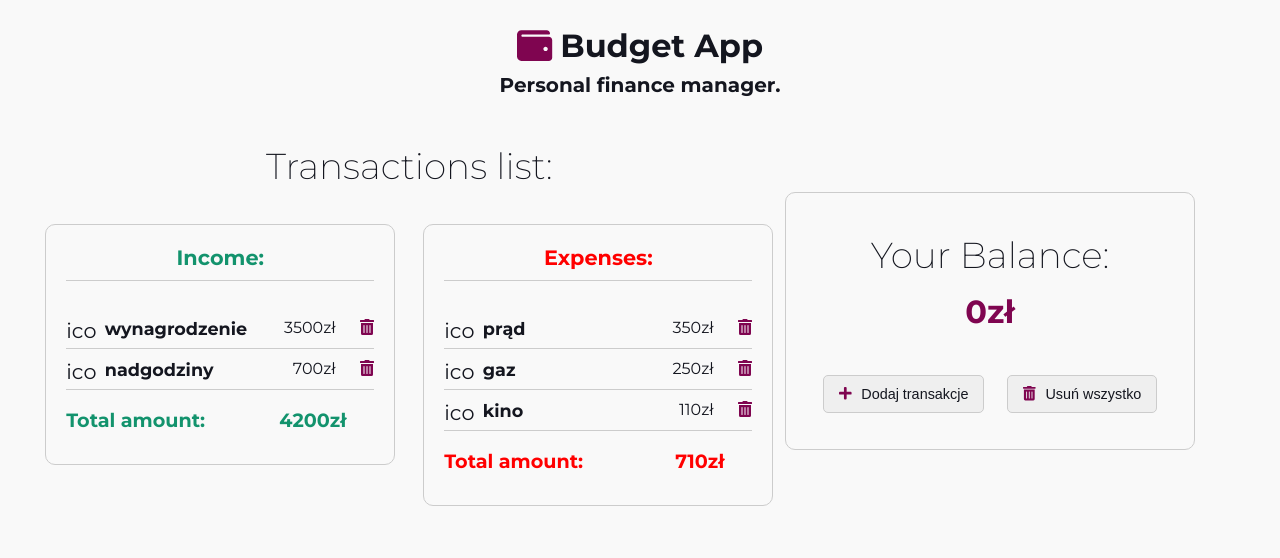
Repository: KrzysKolo/sr_tydzien4_zad4
Page: /
An editor plug-in stored every save of this project. The page is shown before and after the next save, followed by the edit.
The browser window is 1280 px wide. The pictures show the whole page.
Some web libraries are served in a nearby version. The project was rebuilt for these pictures with package versions that can differ from the ones it lists, and the page was loaded fresh each time. Also part of the build but not shown: src/components/budgetComponents/formComponents/Header.js, src/components/budgetComponents/formComponents/ErrorMessage.js, src/components/budgetComponents/formComponents/Input.js, src/components/budgetComponents/formComponents/Select.js.

Above is the page before, as saved 2020-12-09 01:40:53.

After the next save:
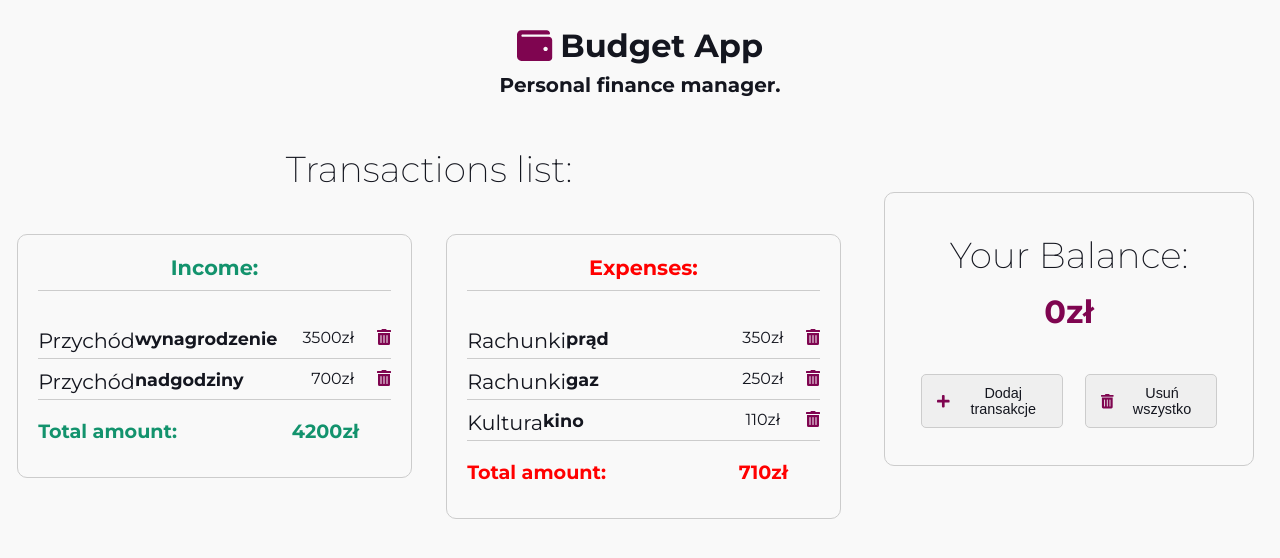
Saved 2 min 3 s later.
--- a/src/components/budgetComponents/sectionComponents/DivData.js
+++ b/src/components/budgetComponents/sectionComponents/DivData.js
@@ -61,7 +61,7 @@ const DivData = ({data, label, total}) => {
         <Container>
             {data.map(item => (
                 <DivWrapper key={item.id}>
-                    <p>ico</p>
+                    <p>{item.category}</p>
                     <NameH3>{item.name}</NameH3>
                     <AmountSpan>{item.amount}zł</AmountSpan>
                     <FontAwsomeP><FontAwesomeIcon icon={faTrashAlt}/></FontAwsomeP>

After the save that followed:
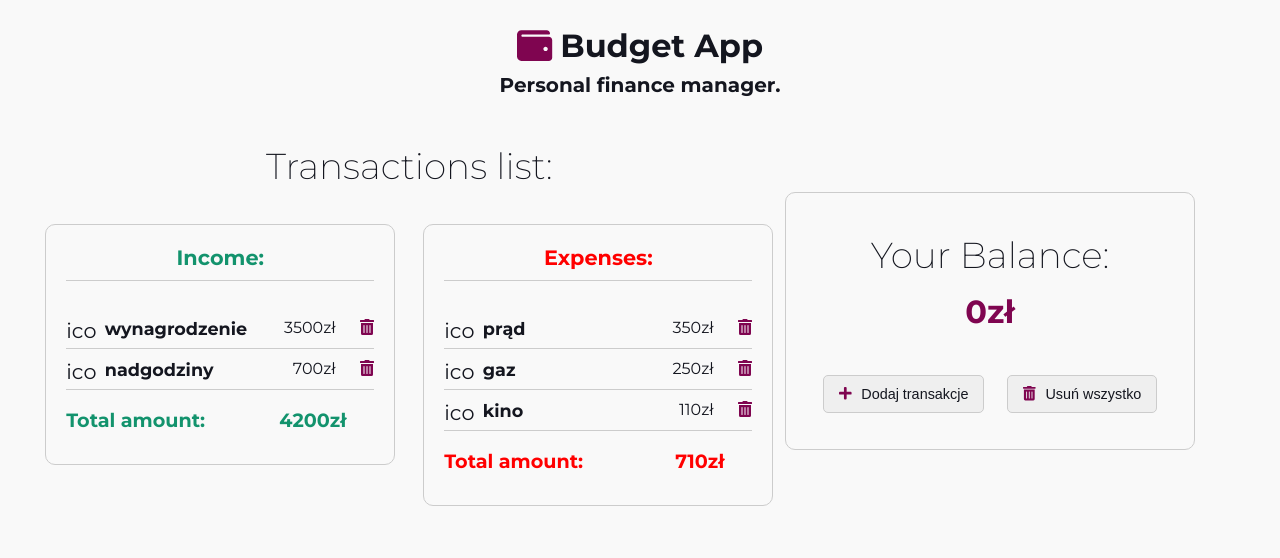
Saved 31 s later.
--- a/src/components/budgetComponents/sectionComponents/DivData.js
+++ b/src/components/budgetComponents/sectionComponents/DivData.js
@@ -61,7 +61,7 @@ const DivData = ({data, label, total}) => {
         <Container>
             {data.map(item => (
                 <DivWrapper key={item.id}>
-                    <p>{item.category}</p>
+                    <p>ico</p>
                     <NameH3>{item.name}</NameH3>
                     <AmountSpan>{item.amount}zł</AmountSpan>
                     <FontAwsomeP><FontAwesomeIcon icon={faTrashAlt}/></FontAwsomeP>
